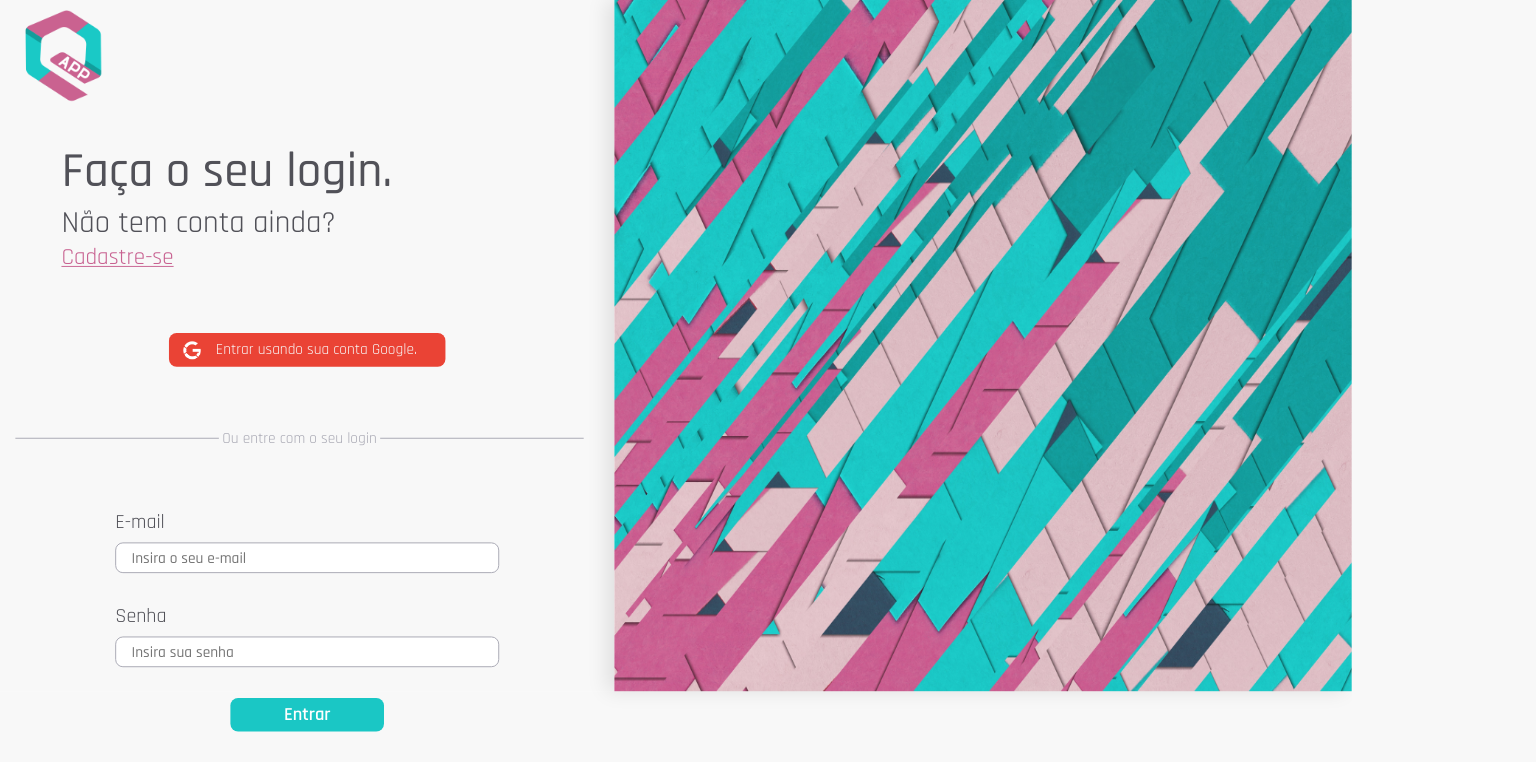
Repository: kika-cavalher/qapp-web
Page: /
The author's editor kept a copy of each file at every save. The page is drawn from the files as they stood at one save, then again after the next save.
The browser window is 1280 px wide. The page is 1408 px wide, then 1600 px, so the pictures cover 1600 px, including what lies to the right of the window. The pictures show the whole page, at 96% of full size.
The page's requests for data from a server got no answer. The project was rebuilt for these pictures with package versions that can differ from the ones it lists, and the page was loaded fresh each time. No one was signed in, and anything a server would have sent is missing. Also part of the build but not shown: src/pages/Register.tsx.

Above is the page before, as saved 2022-02-28 14:09:36.

### public/index.html
<!DOCTYPE html>
<html lang="pt-br">
  <head>
    <meta charset="utf-8" />
    <meta name="viewport" content="width=device-width, initial-scale=1" />

    <link rel="preconnect" href="https://fonts.googleapis.com">
    <link rel="preconnect" href="https://fonts.gstatic.com" crossorigin>
    <link href="https://fonts.googleapis.com/css2?family=Rajdhani:wght@300;400;500;600;700&display=swap" rel="stylesheet">

    <title>QApp</title>
  </head>
  <body>
    <noscript>You need to enable JavaScript to run this app.</noscript>
    <div id="root"></div>
  </body>
</html>

### src/index.tsx
import React from 'react';
import ReactDOM from 'react-dom';
import App from './App';

import './styles/global/styles.scss';
import './services/firebase'


ReactDOM.render(
  <React.StrictMode>
    <App />
  </React.StrictMode>,
  document.getElementById('root')
);

### src/App.tsx
import { BrowserRouter, Routes, Route } from "react-router-dom";

import { LoginPage } from "./pages/Login";
import { RegisterPage } from "./pages/Register";

function App() {
  return (
    <BrowserRouter>
      <Routes>
        <Route path="/" element={<LoginPage />} />
        <Route path="register" element={<RegisterPage  />} />
      </Routes>
    </BrowserRouter>
  );
}

export default App;

### src/styles/global/styles.scss
@import 'variables.scss';

* {
    box-sizing: border-box;
    margin: 0;
    padding: 0;
  }

  body {
    background: $white-offwhite;
    color: $dark-grey;
  }

  body, input, button, textarea {
    font: 400 16px 'Rajdhani', sans-serif;
  }

### src/services/firebase.ts
import { initializeApp } from "firebase/app";
import { getAuth } from "firebase/auth";
import { getFirestore } from 'firebase/firestore/lite';


const firebaseConfig = {
    apiKey: process.env.REACT_APP_API_KEY,
    authDomain: process.env.REACT_APP_AUTH_DOMAIN,
    databaseURL: process.env.REACT_APP_DATABASE_URL,
    projectId: process.env.REACT_APP_PROJECT_ID,
    storageBucket: process.env.REACT_APP_STORAGE_BUCKET,
    messagingSenderId: process.env.REACT_APP_MESSAGING_SENDER_ID,
    appId: process.env.REACT_APP_APP_ID
  };

const app = initializeApp(firebaseConfig);

export const auth = getAuth();
export const db = getFirestore(app);

### src/pages/Login.tsx
import { Link } from 'react-router-dom'
import { useNavigate } from 'react-router-dom';

import imgLogin from '../assets/images/imgLogin.jpg';
import logoQapp from '../assets/images/logoQapp.png';
import googleIconImg from '../assets/icon/googleIconImg.png';

import '../styles/pages/login.scss'

import { Button } from '../components/Button';

export function LoginPage() {
    const history = useNavigate();

    function navigateToHome(e: { preventDefault: () => void; }) {
        e.preventDefault();
        history('/');
    }

    return (
        <div id="page-login">
            <main>
                <div className='page-login--main__container'>
                    <div className='page-login--main__logo'>
                        <img onClick={navigateToHome} id="img-logo" src={logoQapp} alt="Logo da empresa QApp" />
                    </div>
                    <div className='page-login--main__title'>
                        <h1>Faça o seu login.</h1>
                        <h2>Não tem conta ainda? </h2>
                        <Link to='/register' className='page-login--main__link-register'>
                        Cadastre-se
                        </Link>
                        {/* <Link to="/">Cadastre-se</Link> */}
                    </div>
                    <div className='page-login--main__google'>
                        <button className='btn__google'>
                            <img id="img-icon__google" src={googleIconImg} alt="Logo da empresa QApp" />
                            <p>Entrar usando sua conta Google.</p>
                        </button>
                    </div>
                    <div className='page-login--main__divider'>
                        <div>Ou entre com o seu login</div>
                    </div>
                    <div className='page-login--main__login-forms'>
                        <form>
                            <div className='page-login--login-forms__name'>
                                <p>E-mail</p>
                                <input type="text" placeholder="Insira o seu e-mail"/>
                            </div>
                            <div className='page-login--login-forms__password'>
                                <p>Senha</p>
                                <input type="text" placeholder="Insira sua senha"/>
                            </div>
                            <div className='btn__send'>
                                <Button type="submit">Entrar</Button>
                            </div>
                        </form>
                    </div>
                </div>

                <div className='page-login--main__img'>
                    <img src={imgLogin} alt="Imagem decorativa na pagina" />
                </div>
            </main>
        </div>
    )
}

### src/styles/global/variables.scss
//colors
$white: #fff;
$white-offwhite: #f8f8f8;
$grey_border: #a8a8b3;
$dark-grey: #515158;

$turquoise: #1ac7c5;
$dark-greenish: #119d9c;
$dark-pink: #c86291;
$light-pink: #ddbcc3;

$red_google: #ea4335;

// media queries
$monitor-width: 1700px;
$monitor-height: 900px;
@mixin monitor {
    @media (min-width: #{$monitor-width}) and (min-height: #{$monitor-height}) {
        @content;
    }
}

$notebook-width: 1100px;
$notebook-height: 625px;
@mixin notebook {
    @media (min-width: #{$notebook-width}) and (min-height: #{$notebook-height}) {
        @content;
    }
}

$tablet-width: 750px;
$tablet-height: 1000px;
@mixin tablet {
    @media (min-width: #{$tablet-width}) and (min-height: #{$tablet-height}) {
        @content;
    }
}

$phone-width: 750px;
$phone-height: 1000px;
@mixin phone {
    @media (min-width: #{$phone-width}) and (min-height: #{$phone-height}) {
        @content;
    }
}

### src/styles/pages/login.scss
@import '../global/variables.scss';


#page-login {
    background: $white-offwhite;
    display: flex;
    height: 100vh;

}

main{
    display: flex;
    flex-direction: row;
}

.page-login--main__container {
    display: flex;
    flex-direction: column;

    @include monitor {
        padding: 0 1rem;
        width: 40vw;
    }

    @include notebook {
        padding: 0 1rem;
        width: 50vw;
    }

    @include tablet {
    }

    @include phone {
    }
}

.page-login--main__logo {

    #img-logo {
        cursor: pointer;
        margin-top: 0.5rem;
        width: 100px;

        @include monitor {
        }

        @include notebook {
        }

        @include tablet {
        }

        @include phone {
        }
    }
}

.page-login--main__title {
    display: flex;
    flex-direction: column;
    margin: 2rem 3rem;

    h1 {
        font-size: 3.2rem;
        font-weight: 500;
    }

    h2 {
        font-size: 2rem;
        font-weight: 400;
    }

    .page-login--main__link-register {
        color: $dark-pink;
        cursor: pointer;
        font-size: 1.5rem;
        font-weight: 400;
        text-decoration: underline 1px;
        text-underline-position: from-font;
            &:hover {
                font-weight: 600;
            }
        }
}

.page-login--main__google {
    align-self: center;
    display: flex;
    margin: 2rem 0;
    width: 18rem;
}

.page-login--main__divider {
    color: $grey_border;
    font-size: 1rem;

    align-items: center;
    display: flex;
    margin: 2rem 1rem 2rem 0;

    &::before {
        background: $grey_border;
        content: '';
        flex: 1;
        margin-right: 0.2rem;
        height: 1px;
    }

    &::after {
        background: $grey_border;
        content: '';
        flex: 1;
        margin-left: 0.2rem;
        height: 1px;
    }
}

.page-login--main__login-forms {
    display: flex;
    justify-content: center;
    width: 100%;

    form {
        align-items: center;
        display: flex;
        flex-direction: column;
        margin: 2rem 0;
        max-width: 25rem;
        width: 75%;

        p {
            font-size: 1.3rem
        }

        input {
            background: $white;
            border: 1px solid $grey_border;
            border-radius: 8px;
            color: $dark-grey;
            font-weight: 500;
            height: 2rem;
            margin: 0.5rem 0;
            outline: none;
            padding: 0 16px;
            width: 100%;

            &:hover {
                border: 2px solid $dark-greenish;
            }

            &:focus-visible {
                border: 2px solid $dark-greenish;
            }
        }
    }
}

.page-login--login-forms__name{
    width: 100%;
}

.page-login--login-forms__password{
    margin: 1.5rem 0;
    width: 100%;
}

.page-login--main__img {

    img {
        box-shadow: -8px 0px 20px rgba(0, 0, 0, 0.1);
        height: 100vh;
        width: 60vw;
    }
}

### src/components/Button.tsx
import {ButtonHTMLAttributes} from 'react'

import '../styles/global/button.scss'

type ButtonProps = ButtonHTMLAttributes<HTMLButtonElement>

export function Button (props:ButtonProps) {
    return (
        <button className="button" {...props} />
    )
}


/* import { useNavigate } from 'react-router-dom'; */


/*     const history = useNavigate();

    function navigateToRegisterPage(e: { preventDefault: () => void; }) {
        e.preventDefault();
        history('/register');
    } */

### src/styles/global/button.scss
@import '../global/variables.scss';

.btn__send {

    button {
        align-items: center;
        background: $turquoise;
        border: 0;
        border-radius: 8px;
        color: $white;
        cursor: pointer;
        display: flex;
        flex-direction: row;
        font-size: 1.2rem;
        font-weight: 600;
        height: 35px;
        justify-content: center;
        width: 10rem;
    }
}

.btn__google {
    align-items: center;
    background: $red_google;
    border: 0;
    border-radius: 8px;
    color: $white-offwhite;
    cursor: pointer;
    display: flex;
    flex-direction: row;
    height: 35px;
    transition: filter 0.2s;
    width: 100%;

    #img-icon__google {
        margin: 0 5%;
        width: 20px;
    }
}

After the next save:
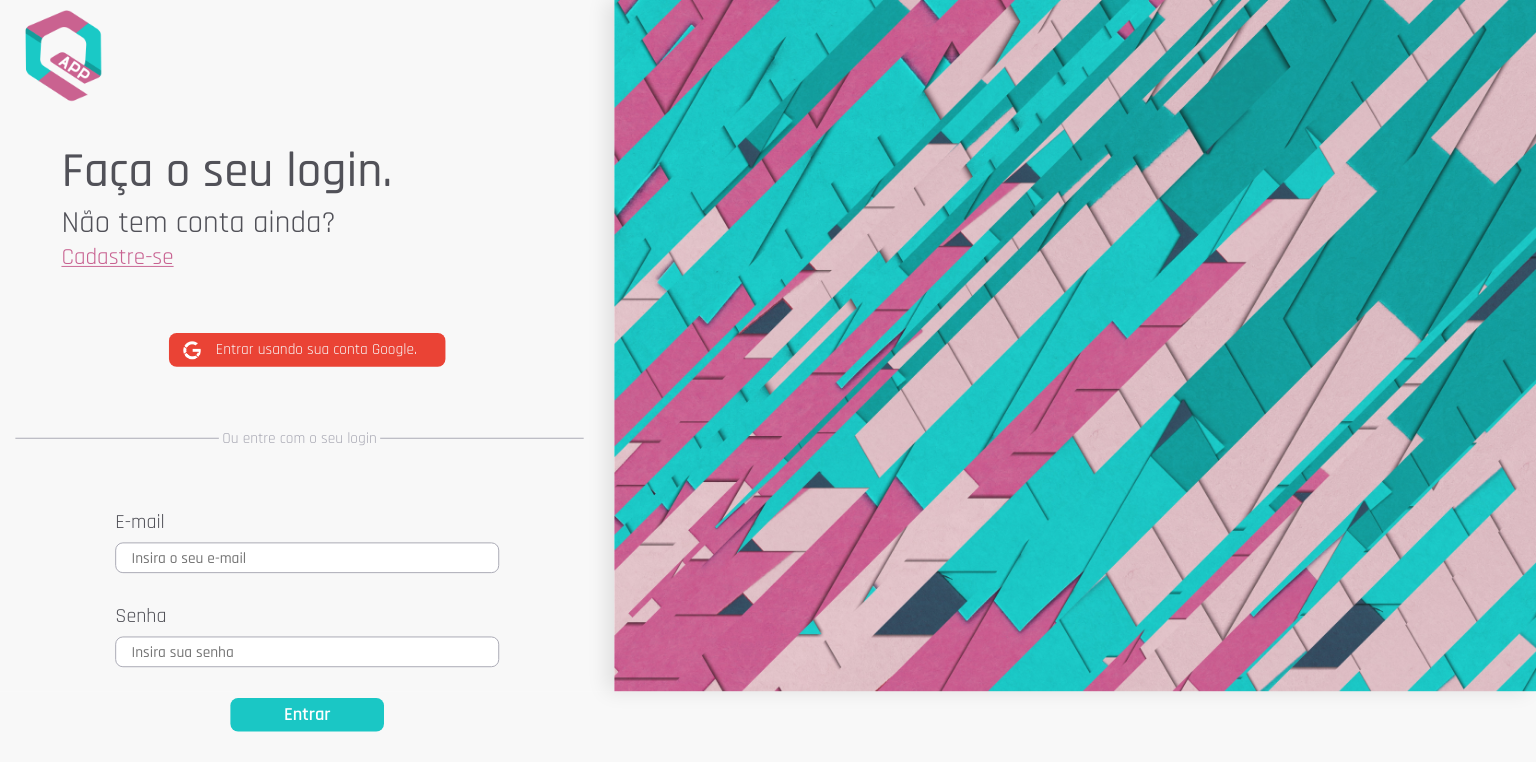
Saved 6 min 5 s later.
--- a/src/styles/pages/login.scss
+++ b/src/styles/pages/login.scss
@@ -16,21 +16,18 @@ main{
 .page-login--main__container {
     display: flex;
     flex-direction: column;
+    padding: 0 1rem;
 
     @include monitor {
-        padding: 0 1rem;
         width: 40vw;
     }
 
     @include notebook {
-        padding: 0 1rem;
         width: 50vw;
     }
 
     @include tablet {
-    }
-
-    @include phone {
+        width: 100vw;
     }
 }
 
@@ -169,6 +166,17 @@ main{
     img {
         box-shadow: -8px 0px 20px rgba(0, 0, 0, 0.1);
         height: 100vh;
+    }
+
+    @include monitor {
         width: 60vw;
     }
+
+    @include notebook {
+        width: 50vw;
+    }
+
+    @include tablet {
+        display: none;
+    }
 }
